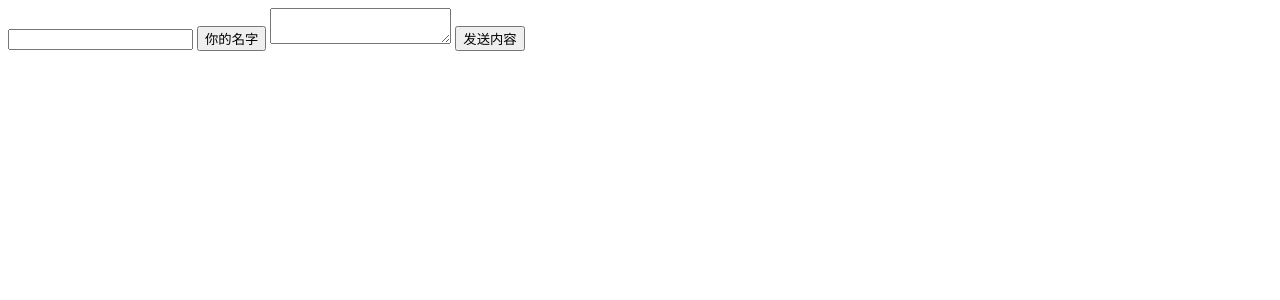
Repository: wyy511/node-socket.io
Page: client.html
The author's editor kept a copy of each file at every save. The page is drawn from the files as they stood at one save, then again after the next save.
The browser window is 1280 px wide. The pictures show the whole page.
The page's requests for data from a server got no answer. Some web libraries are served in a nearby version.

Above is the page before, as saved 2019-11-20 20:45:14.

### client.html
<!DOCTYPE html>
<html lang="en">
<head>
  <meta charset="UTF-8">
  <meta name="viewport" content="width=device-width, initial-scale=1.0">
  <meta http-equiv="X-UA-Compatible" content="ie=edge">
  <title>吴瑶瑶的聊天室</title>
</head>
<body>
  <input id="rename"></input>
  <button id="renameBtn">你的名字</button>
  <textarea id="message"></textarea>
  <button id="messageBtn">发送内容</button>
  <script type="text/javascript" src="https://cdn.bootcss.com/socket.io/2.3.0/socket.io.js"></script>
  <script type="text/javascript">
    const socket = io.connect('/');
    const renameBtn = document.getElementById('renameBtn');
    const messageBtn = document.getElementById('messageBtn');
    messageBtn.onclick = () => {
      const val = document.getElementById('message').value;
      if (!val) return;
      // socket.send(val)
      socket.emit("chat message", val);
      document.getElementById('message').value = '';
    }
    renameBtn.onclick = () => {
      const newName = document.getElementById('rename').value;
      socket.emit('message', newName);
    }
    // 如果客户端监听到socket消息，那么执行这个方法里的回调，且得到广播的消息
    socket.on("chat message", (msg) => {
      console.log(msg)
      // if (!msg) return;
      // const p = document.createElement("p");
      // p.innerText = msg;
      // document.body.appendChild(p);
    })
    // 如果客户端监听到socket消息，那么执行这个方法里的回调，且得到广播的消息
    socket.on("message", (msg) => {
      console.log(msg)
      if (!msg) return;
      const p = document.createElement("p");
      p.innerText = msg;
      document.body.appendChild(p);
    })
    socket.on("chat message", (msg) => {
      console.log(msg)
      // if (!msg) return;
      // const p = document.createElement("p");
      // p.innerText = msg;
      // document.body.appendChild(p);
    })
  </script>
</body>
</html>

After the next save:
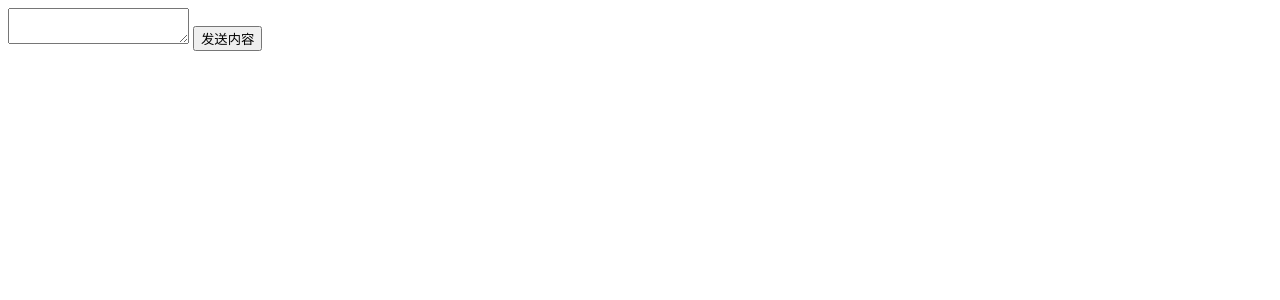
Saved 10 s later.
--- a/client.html
+++ b/client.html
@@ -7,48 +7,23 @@
   <title>吴瑶瑶的聊天室</title>
 </head>
 <body>
-  <input id="rename"></input>
-  <button id="renameBtn">你的名字</button>
-  <textarea id="message"></textarea>
-  <button id="messageBtn">发送内容</button>
+  <textarea id="text"></textarea>
+  <button id="btn">发送内容</button>
   <script type="text/javascript" src="https://cdn.bootcss.com/socket.io/2.3.0/socket.io.js"></script>
   <script type="text/javascript">
-    const socket = io.connect('/');
-    const renameBtn = document.getElementById('renameBtn');
-    const messageBtn = document.getElementById('messageBtn');
-    messageBtn.onclick = () => {
-      const val = document.getElementById('message').value;
+    var socket = io.connect('/');
+    document.getElementById('btn').onclick = () => {
+      var val = document.getElementById('text').value;
       if (!val) return;
-      // socket.send(val)
-      socket.emit("chat message", val);
-      document.getElementById('message').value = '';
-    }
-    renameBtn.onclick = () => {
-      const newName = document.getElementById('rename').value;
-      socket.emit('message', newName);
+      socket.send(val)
+      document.getElementById('text').value = '';
     }
     // 如果客户端监听到socket消息，那么执行这个方法里的回调，且得到广播的消息
-    socket.on("chat message", (msg) => {
-      console.log(msg)
-      // if (!msg) return;
-      // const p = document.createElement("p");
-      // p.innerText = msg;
-      // document.body.appendChild(p);
-    })
-    // 如果客户端监听到socket消息，那么执行这个方法里的回调，且得到广播的消息
     socket.on("message", (msg) => {
-      console.log(msg)
       if (!msg) return;
-      const p = document.createElement("p");
+      var p = document.createElement("p");
       p.innerText = msg;
       document.body.appendChild(p);
-    })
-    socket.on("chat message", (msg) => {
-      console.log(msg)
-      // if (!msg) return;
-      // const p = document.createElement("p");
-      // p.innerText = msg;
-      // document.body.appendChild(p);
     })
   </script>
 </body>
